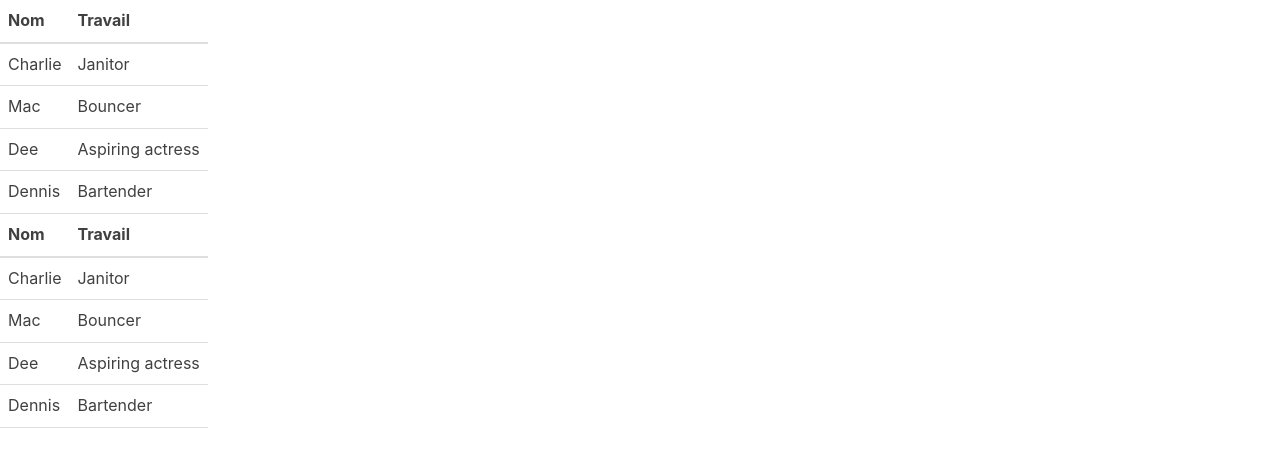
Repository: romgrm/firstAppInReact
Page: /
These files come from the project's save history. The page is drawn as it stood at one moment and after the next save; the edit follows.
The browser window is 1280 px wide. The pictures show the whole page.
The project was rebuilt for these pictures with package versions that can differ from the ones it lists, and the page was loaded fresh each time.

Above is the page before, as saved 2020-11-15 18:35:32.

After the next save:
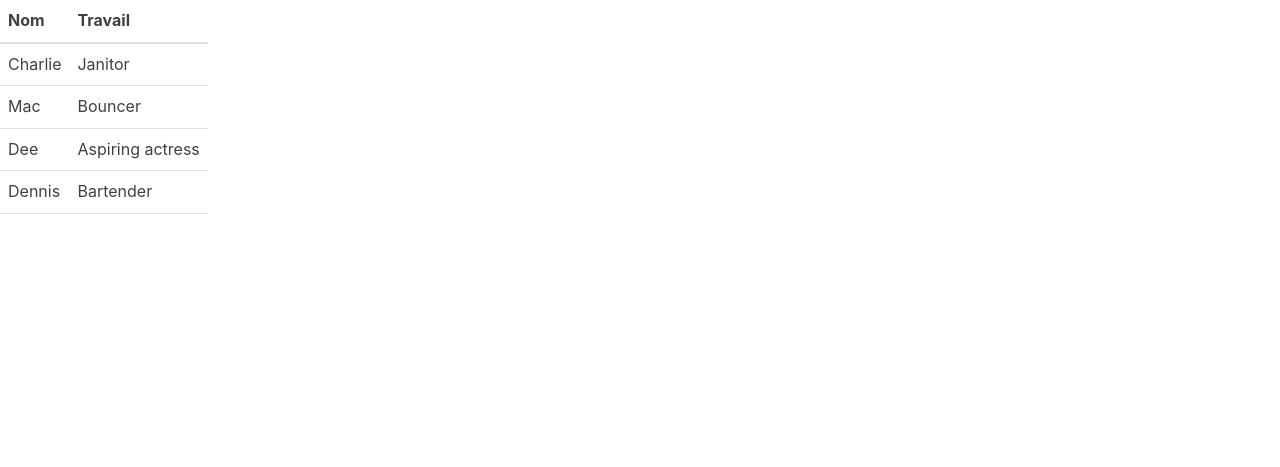
Saved 24 s later.
--- a/src/App.js
+++ b/src/App.js
@@ -1,13 +1,11 @@
 import React, { Component } from 'react';
-import TableHeader from './Table'
-import TableBody from './Table'
+import Table from './Table'
 
 class App extends Component {
     render() {
       return (
         <div className="Container">
-          <TableHeader />
-          <TableBody />
+          <Table />
         </div>
       )
     }
